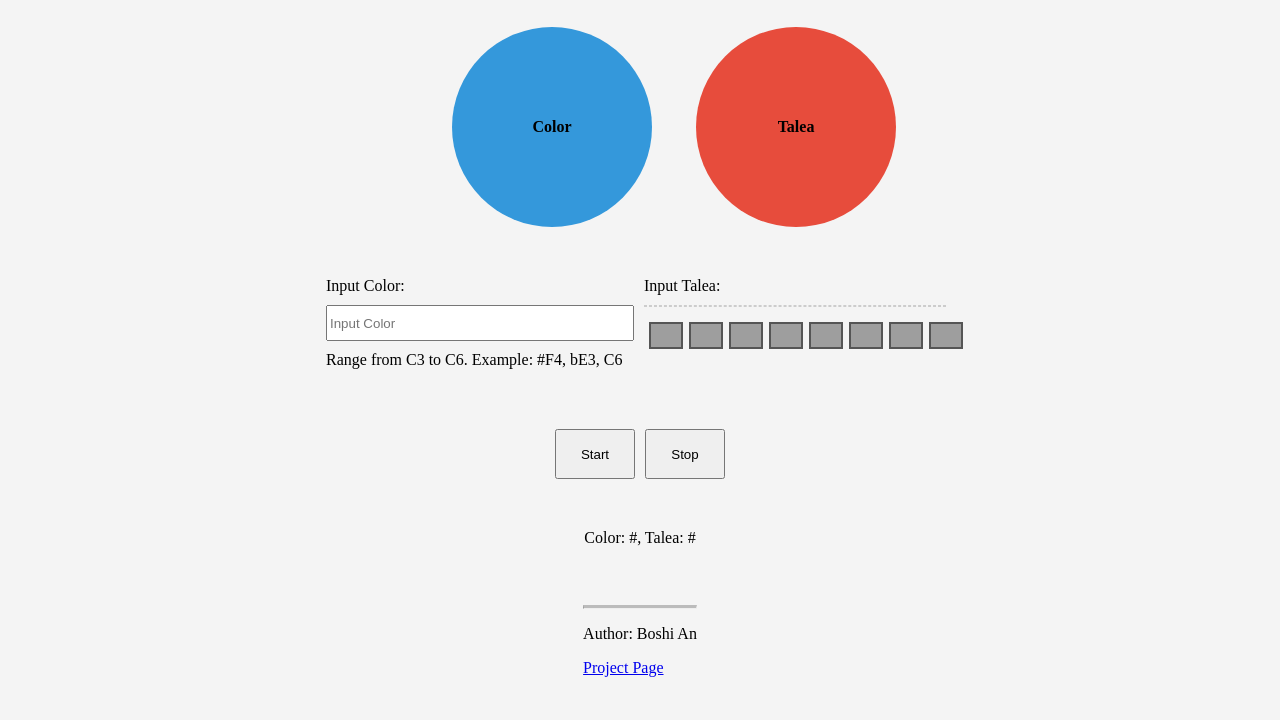
Repository: boshi-an/Isorhythm
Page: .vscode/Isorhythm/index.html
The author's editor kept a copy of each file at every save. The page is drawn from the files as they stood at one save, then again after the next save.
The browser window is 1280 px wide. The pictures show the whole page.
Pictures or frames that could not be fetched are drawn as grey boxes.

Above is the page before, as saved 2023-10-21 00:42:34.

### .vscode/Isorhythm/index.html
<!DOCTYPE html>
<html lang="en">

<head>
    <meta charset="UTF-8">
    <meta name="viewport" content="width=device-width, initial-scale=1.0">
    <title>Rotating Circles</title>
    <link rel="stylesheet" href="styles.css">
</head>

<body>
    <div class="circleContainer">
        <div class="circle" id="circle1">
            <div class="letter">Color</div>
        </div>
        <div class="circle" id="circle2">
            <div class="letter">Talea</div>
        </div>
    </div>
    <div class="inputContainer">
        <div class="taleaInputContainer">
            <div class="h3">Input Color:</div>
            <input type="text" id="input1" placeholder="Input Color">
            <div>Range from C3 to C6. Example: #F4, bE3, C6</div>
        </div>
        <div class="taleaInputContainer">
            <div class="h3">Input Talea:</div>
            <div class="imageArea" id="noteInputBox"></div>
            <!-- <div class="taleaInputBox">
                <input type="text" id="input2" placeholder="Input Talea" disabled>
            </div> -->
            <div class="taleaInputButton">
                <div class="button small-btn" id="button1" onclick="addNote(1);"><img src="static/note1.png" /></div>
                <div class="button small-btn" id="button1.5" onclick="addNote(1.5);"><img src="static/note1.5.png" /></div>
                <div class="button small-btn" id="button2" onclick="addNote(2);"><img src="static/note2.png" /></div>
                <div class="button small-btn" id="button2.5" onclick="addNote(2.5);"><img src="static/note2.5.png" /></div>
                <div class="button small-btn" id="button3" onclick="addNote(3);"><img src="static/note3.png" /></div>
                <div class="button small-btn" id="button3.5" onclick="addNote(3.5);"><img src="static/note3.5.png" /></div>
                <div class="button small-btn" id="button4" onclick="addNote(4);"><img src="static/note4.png" /></div>
                <div class="button small-btn" id="buttonReset" onclick="addNote(0);"><img src="static/reset.png" /></div>
            </div>
        </div>
    </div>
    <div class="uiContainer">
        <button id="startBtn" style="height:50px;width:80px">Start</button>
        <button id="stopBtn" style="height:50px;width:80px">Stop</button>
    </div>
    <div class="div" id="display">
        Color: #, Talea: #
    </div>
    <div class="footer">
        <hr class="solid">
        <p>Author: Boshi An</p>
        <p><a href="https://github.com/boshi-an/Isorhythm">Project Page</a></p>
    </div>
    <script src="script.js"></script>
</body>

</html>

### .vscode/Isorhythm/styles.css
body {
    display: flex;
    flex-direction: column;
    /* Stack child elements vertically */
    justify-content: center;
    /* Center the content vertically */
    align-items: center;
    /* Center the content horizontally */
    height: 100vh;
    background-color: #f4f4f4;
    overflow: scroll;
    margin: 0;
    gap: 50px;
    /* Space between the circle container and the button container */
}

.circleContainer {
    display: flex;
    align-items: center;
    width: 420px;
    /* Adjust based on your circle sizes */
}

.inputContainer {
    display: flex;
    gap: 10px;
    margin-bottom: 10px;
}

.taleaInputContainer {
    display: flex;
    flex-direction: column;
    gap: 10px;
    margin-bottom: 0px;
}

.taleaInputBox {
    display: flex;
    gap: 10px;
}

.taleaInputButton {
    display: flex;
    gap: 10px;
}

.circle {
    width: 200px;
    height: 200px;
    border-radius: 50%;
    position: relative;
    display: flex;
    flex-shrink: 0;
    align-items: center;
    justify-content: center;
    margin: 0 22px;
}

.uiContainer {
    display: flex;
    gap: 10px;
}

.triangle {
    width: 0;
    height: 0;
    border-left: 50px solid transparent;
    border-right: 50px solid transparent;
    border-bottom: 87px solid #3498db;
    will-change: transform;
    transform-origin: 50% 50%;
}

.letter {
    position: absolute;
    font-size: 1.0em;
    font-weight: bold;
    top: 50%;
    left: 50%;
    transform-origin: 50% 50%;
    transform: translate(-50%, -50%);  /* Centering the letters */
}

.noteImg {
    max-width: 6%;
    position: absolute;
    font-size: 1.5em;
    font-weight: bold;
    top: 50%;
    left: 50%;
    transform-origin: 50% 50%;
    transform: translate(-50%, -50%);
}

#triangle1 {
    border-bottom: 87px solid #3498db;
    /* background-color: #3498db; */
}

#triangle2 {
    border-bottom: 87px solid #e74c3c;
    /* background-color: #e74c3c; */
}

#circle1 {
    background-color: #3498db;
}

#circle2 {
    background-color: #e74c3c;
}

.imageArea {
    width: 300px;
    height: auto;
    border: 1px dashed #ccc;
    display: flex;
    flex-wrap: wrap;
    align-items: center;
}

.imageArea img {
    max-width: 6%;
    margin: 5px;
}

.button img {
    max-width: 100%;
    margin: 5px;
    border: 2px solid #555;
}

.small-btn {
    width: 30px;
    height: 30px;
}

.large-btn {
    width: 80px;
    height: 50px;
}

.image {
    position: absolute;
    top: 50%;
    left: 50%;
    transform-origin: 50% 50%;
    width: 30px;
    /* You can adjust this to your preferred image size */
    height: 30px;
}

#input1 {
    height: 30px;
    width: 300px;
}

hr {
    display: block;
    margin-top: 0.5em;
    margin-bottom: 0.5em;
    margin-left: auto;
    margin-right: auto;
    border-style: inset;
    border-width: 1px;
}

hr.solid {
    border-top: 3px solid #bbb;
}

### .vscode/Isorhythm/script.js
let angle1 = 180;
let angle2 = 0;
let letterPos = +20;
let circle1Size = 100;
let circle2Size = 100;
let rotationMultiplier = 320;
let circle1Num = 0;
let circle2Num = 0;
let rotateDist = 0;
let color = [];
let talea = [];
let lastColor = '#';
let lastTalea = '#';
let taleaImgElement = [];
let animationId;
const circle1 = document.getElementById('circle1');
const circle2 = document.getElementById('circle2');
let duration = {
    1: 4,
    1.5: 6,
    2: 2,
    2.5: 3,
    3: 1,
    3.5: 1.5,
    4: 0.5
};
let frequency = {
    "C3": 130.81,
    "#C3": 138.59,
    "bD3": 138.59,
    "D3": 146.83,
    "#D3": 155.56,
    "bE3": 155.56,
    "E3": 164.81,
    "F3": 174.61,
    "#F3": 185.00,
    "bG3": 185.00,
    "G3": 196.00,
    "#G3": 207.65,
    "bA3": 207.65,
    "A3": 220.00,
    "#A3": 233.08,
    "bB3": 233.08,
    "B3": 246.94,
    "C4": 261.63,
    "#C4": 277.18,
    "bD4": 277.18,
    "D4": 293.66,
    "#D4": 311.13,
    "bE4": 311.13,
    "E4": 329.63,
    "F4": 349.23,
    "#F4": 369.99,
    "bG4": 369.99,
    "G4": 392.00,
    "#G4": 415.30,
    "bA4": 415.30,
    "A4": 440.00,
    "#A4": 466.16,
    "bB4": 466.16,
    "B4": 493.88,
    "C5": 523.25,
    "#C5": 554.37,
    "bD5": 554.37,
    "D5": 587.33,
    "#D5": 622.26,
    "bE5": 622.25,
    "E5": 659.25,
    "F5": 698.46,
    "#F5": 739.99,
    "bG5": 739.99,
    "G5": 783.99,
    "#G5": 830.61,
    "bA5": 830.61,
    "A5": 880.00,
    "#A5": 932.33,
    "bB5": 932.33,
    "B5": 987.77,
    "C6": 1046.50
}

var context = new AudioContext();
var oscillator = '#';

function getCurrentColor() {
    if (circle1Num < 1) {
        return '#';
    }
    let angle = (rotationMultiplier * rotateDist / circle1Size) % 360;
    let nowNote = parseInt(angle / (360 / circle1Num));
    nowNote = Math.min(nowNote, color.length - 1);
    return color[nowNote];
}

function getCurrentTalea() {
    if (circle2Num < 1) {
        return '#';
    }
    let angle = (rotationMultiplier * rotateDist / circle2Size) % 360;
    let nowNote = parseInt(angle / (360 / circle2Num));
    nowNote = Math.min(nowNote, talea.length - 1);
    return talea[nowNote];
}

function getFrequency(note) {
    note = note.toUpperCase();
    if (!(note in frequency)) {
        return 0.0;
    }
    else {
        return frequency[note];
    }
}

function updateTextDisplay() {
    const display = document.getElementById("display");
    let curColor = getCurrentColor();
    let curTalea = getCurrentTalea();
    if (curColor != lastColor || curTalea != lastTalea) { // Update sound
        // alert(getFrequency(curColor));
        if (oscillator != '#') {
            oscillator.stop();
        }
        oscillator = context.createOscillator();
        oscillator.type = "sine";
        // oscillator.frequency.value = 800;
        oscillator.connect(context.destination);
        oscillator.frequency.value = getFrequency(curColor);
        oscillator.start();
        // oscillator.connect(context.destination);
        lastColor = curColor;
        lastTalea = curTalea;
    }
//
    // Display the color and talea
    let taleaHTML = `<img src="static/note${curTalea}.png" width="20" height="20" />`;
    if (curTalea == '#') {
        taleaHTML = '#';
    }
    display.innerHTML = `Color: ${curColor}, Talea: ${curTalea}`;
}

function rotateCircle() {
    updateTextDisplay()
    rotateDist += 1/duration[getCurrentTalea()];
    angle1 = (rotationMultiplier * rotateDist / circle1Size) % 360;
    angle2 = (-rotationMultiplier * rotateDist / circle2Size) % 360;
    circle1.style.transform = `rotate(${angle1}deg)`;
    circle2.style.transform = `rotate(${angle2}deg)`;

    animationId = requestAnimationFrame(rotateCircle);
}

document.getElementById('startBtn').addEventListener('click', () => {
    cancelAnimationFrame(animationId);
    rotateCircle();
});

document.getElementById('stopBtn').addEventListener('click', () => {
    rotateDist = 0;
    circle1.style.transform = `rotate(0deg)`;
    circle2.style.transform = `rotate(0deg)`;
    cancelAnimationFrame(animationId);
    oscillator.stop();
    oscillator = '#';
    lastColor = '#';
    lastTalea = '#';
});

function parseLetters(inputText) {
    let retArray = [];
    inputText = inputText.concat('.');
    for (let i = 0; i < inputText.length - 2; i += 1) {
        s = inputText[i];
        t = inputText[i + 1];
        p = inputText[i + 2];
        if (s.match(/[a-z]/i) && t.match(/[1-9]/i)) {
            retArray.push(`${s}${t}`);
            i += 1;
        }
        else if (s == '#' && t.match(/[a-z]/i) && p.match(/[1-9]/i)) {
            retArray.push(`#${t}${p}`);
            i += 2;
        }
        else if (s == 'b' && t.match(/[a-z]/i) && p.match(/[1-9]/i)) {
            retArray.push(`b${t}${p}`);
            i += 2;
        }
    }
    return retArray;
}

function updateLetters(circleId, inputText, bias) {
    inputText = parseLetters(inputText);
    const circle = document.getElementById(circleId);

    let circleR = inputText.length * 10;
    circle.style.width = `${Math.max(circleR * 2, 5)}px`;
    circle.style.height = `${Math.max(circleR * 2, 5)}px`;

    const size = circle.offsetWidth + letterPos;
    let rotateAngle = 0;
    let innerHTML = ""

    circle1Size = circle.offsetWidth;
    circle1Num = inputText.length;
    rotateAngle = 0;
    innerHTML = "<div class=\"letter\">Color</div>";
    color = inputText;

    // Remove any existing letters
    if (size <= 100) {
        circle.innerHTML = "";
    }
    else {
        circle.innerHTML = innerHTML;
    }

    // Add new letters
    for (let i = 0; i < inputText.length; i++) {
        const angle = -(i / inputText.length) * 360;
        const letterElem = document.createElement('div');
        letterElem.className = 'letter';
        letterElem.style.transform = `translate(-50%, -50%) rotate(${angle + bias}deg) translate(${size / 2}px) rotate(${rotateAngle}deg)`;
        letterElem.innerText = inputText[i];
        circle.appendChild(letterElem);
    }
}

function updateTalea(circleId, inputNote, bias) {
    const circle = document.getElementById(circleId);

    let circleR = inputNote.length * 10;
    circle.style.width = `${Math.max(circleR * 2, 5) }px`;
    circle.style.height = `${Math.max(circleR * 2, 5) }px`;

    const size = circle.offsetWidth + letterPos;
    let rotateAngle = 0;
    let innerHTML = ""

    circle2Size = circle.offsetWidth;
    circle2Num = inputNote.length;
    rotateAngle = 180;
    innerHTML = "<div class=\"letter\">Talea</div>";


    // Remove any existing letters
    if (size <= 100) {
        circle.innerHTML = "";
    }
    else {
        circle.innerHTML = innerHTML;
    }

    // Add new letters
    for (let i = 0; i < inputNote.length; i++) {
        const angle = (i / inputNote.length) * 360;
        const imgElem = document.createElement('img');
        imgElem.className = 'image';
        imgElem.src = `static/note${inputNote[i]}.png`;;
        imgElem.style.transform = `translate(-50%, -50%) rotate(${angle + bias}deg) translate(${size / 2}px) rotate(${rotateAngle}deg)`;
        circle.appendChild(imgElem);
    }
}

function addNote(number) {
    // alert(number);
    // document.getElementById('input2').value += number;
    // Get the image area div
    if (number != 0) {
        talea.push(number);
        const imageArea = document.getElementById('noteInputBox');

        // Create a new img element
        const img = document.createElement('img');
        img.src = `static/note${number}.png`;

        // Append the img to the image area
        imageArea.appendChild(img);

        taleaImgElement.push(img);
    }
    else if (talea.length > 0) {
        talea.pop();

        length = taleaImgElement.length-1
        if (taleaImgElement[length].parentNode) {
            taleaImgElement[length].parentNode.removeChild(taleaImgElement[length]);
        }
        taleaImgElement.pop();
    }
    // updateTalea('input2');
    updateTalea('circle2', talea, 180);
}

document.getElementById('input1').addEventListener('input', () => updateLetters('circle1', document.getElementById('input1').value, 0));
// document.getElementById('input2').addEventListener('input', () => updateLetters('circle2', 'input2', 180));
// document.getElementById('input2').addEventListener('input', () => updateTalea('input2'));

// document.getElementById("button1").onclick = function () { addNumber(1); };

After the next save:
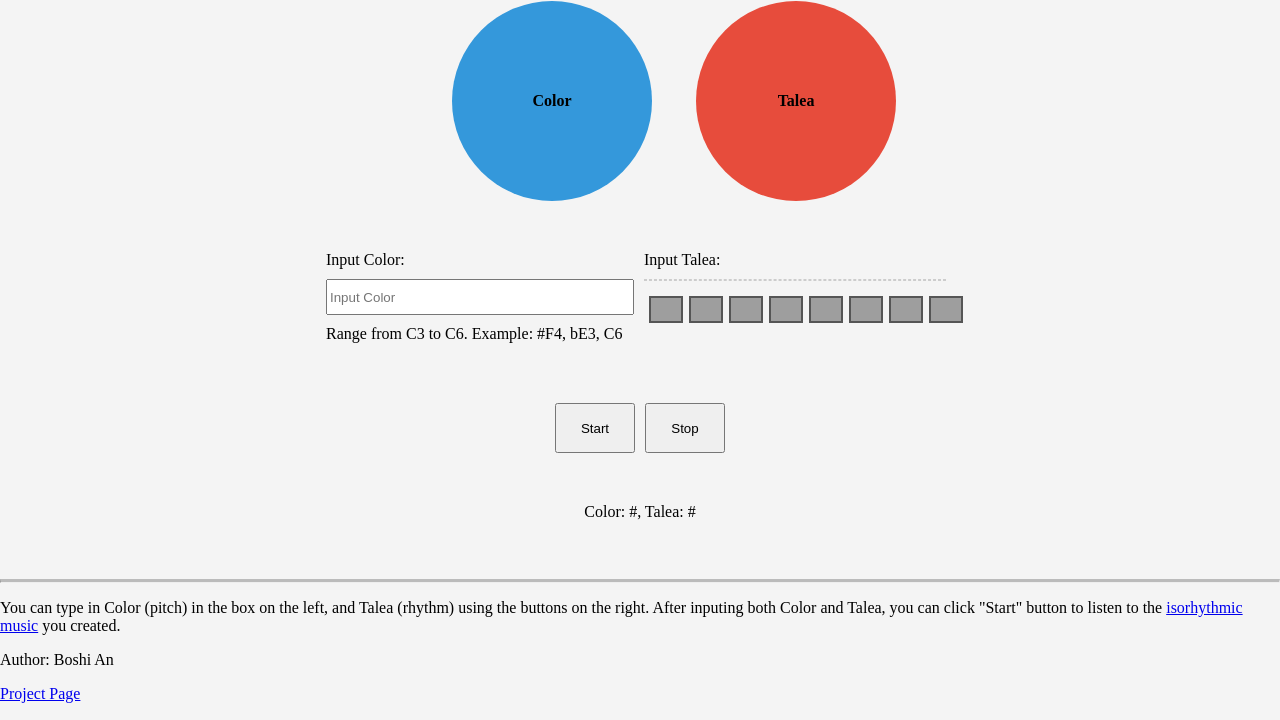
Saved 3 min 37 s later.
--- a/.vscode/Isorhythm/index.html
+++ b/.vscode/Isorhythm/index.html
@@ -50,6 +50,11 @@
     </div>
     <div class="footer">
         <hr class="solid">
+        <p>
+            You can type in Color (pitch) in the box on the left, and Talea (rhythm) using the buttons on the right.
+            After inputing both Color and Talea, you can click "Start" button to listen to the <a
+                href="https://github.com/boshi-an/Isorhythm">isorhythmic music</a> you created.
+        </p>
         <p>Author: Boshi An</p>
         <p><a href="https://github.com/boshi-an/Isorhythm">Project Page</a></p>
     </div>
